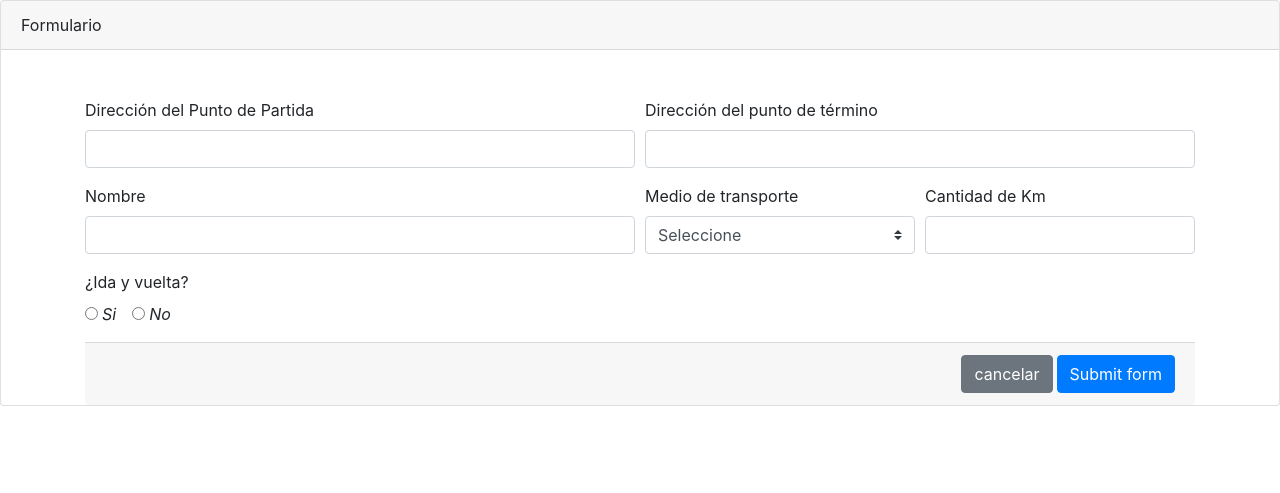
Repository: Jassan851031/foreachTask
Page: /
These files come from the project's save history. The page is drawn as it stood at one moment and after a run of saves; the edit follows.
The browser window is 1280 px wide. The pictures show the whole page.
The project was rebuilt for these pictures with package versions that can differ from the ones it lists, and the page was loaded fresh each time. Also part of the build but not shown: src/App.css.

Above is the page before, as saved 2020-03-23 15:23:22.

After the next 2 saves:
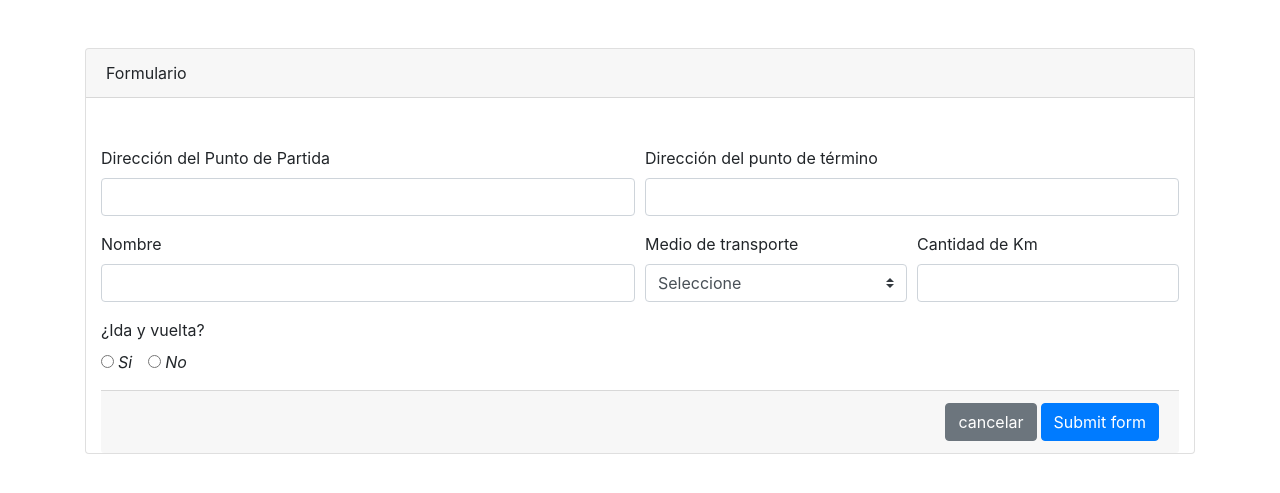
The 2 saves are shown as one change because 1 did not build or start.
The last was saved 98 s later.
--- a/src/App.js
+++ b/src/App.js
@@ -3,60 +3,66 @@ import './App.css';
 
 function App() {
   return (
-    <div className="card">
-                          <div className="card-header">
-                            Formulario
-        </div>
     <div className="container mt-5">
       <div className="row">
         <div className="col-md-12">
-          <form>
-            <div className="form-row">
-              <div className="col-md-6 mb-3">
-                <label for="validationDefault01">Dirección del Punto de Partida</label>
-                <input type="text" className="form-control" id="validationDefault01" required />
-              </div>
-              <div className="col-md-6 mb-3">
-                <label for="validationDefault02">Dirección del punto de término</label>
-                <input type="text" className="form-control" id="validationDefault02" required />
-              </div>
-            </div>
-            <div className="form-row">
-              <div className="col-md-6 mb-3">
-                <label for="validationDefault03">Nombre</label>
-                <input type="text" className="form-control" id="validationDefault03" required />
-              </div>
-              <div className="col-md-3 mb-3">
-                <label for="validationDefault04">Medio de transporte</label>
-                <select className="custom-select" id="validationDefault04" required>
-                  <option selected disabled value="">Seleccione</option>
-                  <option value="1"> option 1</option>
-                  <option value="1"> option 2</option>
-                  <option value="1"> option 3</option>
-                  <option value="1"> option 4</option>
-                </select>
-              </div>
-              <div className="col-md-3 mb-3">
-                <label for="validationDefault05">Cantidad de Km</label>
-                <input type="text" className="form-control" id="validationDefault05" required />
-              </div>
-            </div>
-            <div className="row">
-              <div className="col-md-6">
-                <div className="form-group">
-                  <label className="form-label">¿Ida y vuelta?</label><br />
-                  <input className="select mr-1" type="radio" name="idavuelta" value="ida" required />
-                  <i className="si mr-3">Si</i>
-                  <input className="select mr-1" type="radio" name="idavuelta" value="vuelta" required />
-                  <i className="no">No</i>
+          <div className="card">
+            <div className="card-header">
+              Formulario
+        </div>
+            <div className="container mt-5">
+              <div className="row">
+                <div className="col-md-12">
+                  <form>
+                    <div className="form-row">
+                      <div className="col-md-6 mb-3">
+                        <label for="validationDefault01">Dirección del Punto de Partida</label>
+                        <input type="text" className="form-control" id="validationDefault01" required />
+                      </div>
+                      <div className="col-md-6 mb-3">
+                        <label for="validationDefault02">Dirección del punto de término</label>
+                        <input type="text" className="form-control" id="validationDefault02" required />
+                      </div>
+                    </div>
+                    <div className="form-row">
+                      <div className="col-md-6 mb-3">
+                        <label for="validationDefault03">Nombre</label>
+                        <input type="text" className="form-control" id="validationDefault03" required />
+                      </div>
+                      <div className="col-md-3 mb-3">
+                        <label for="validationDefault04">Medio de transporte</label>
+                        <select className="custom-select" id="validationDefault04" required>
+                          <option selected disabled value="">Seleccione</option>
+                          <option value="1"> option 1</option>
+                          <option value="1"> option 2</option>
+                          <option value="1"> option 3</option>
+                          <option value="1"> option 4</option>
+                        </select>
+                      </div>
+                      <div className="col-md-3 mb-3">
+                        <label for="validationDefault05">Cantidad de Km</label>
+                        <input type="text" className="form-control" id="validationDefault05" required />
+                      </div>
+                    </div>
+                    <div className="row">
+                      <div className="col-md-6">
+                        <div className="form-group">
+                          <label className="form-label">¿Ida y vuelta?</label><br />
+                          <input className="select mr-1" type="radio" name="idavuelta" value="ida" required />
+                          <i className="si mr-3">Si</i>
+                          <input className="select mr-1" type="radio" name="idavuelta" value="vuelta" required />
+                          <i className="no">No</i>
+                        </div>
+                      </div>
+                    </div>
+                    <div className="card-footer text-right">
+                      <button className="btn btn-secondary mr-1">cancelar</button>
+                      <button className="btn btn-primary" type="submit">Submit form</button>
+                    </div>
+                  </form>
                 </div>
               </div>
             </div>
-            <div className="card-footer text-right">
-              <button className="btn btn-secondary mr-1">cancelar</button>
-              <button className="btn btn-primary" type="submit">Submit form</button>
-            </div>
-          </form>
           </div>
         </div>
       </div>
